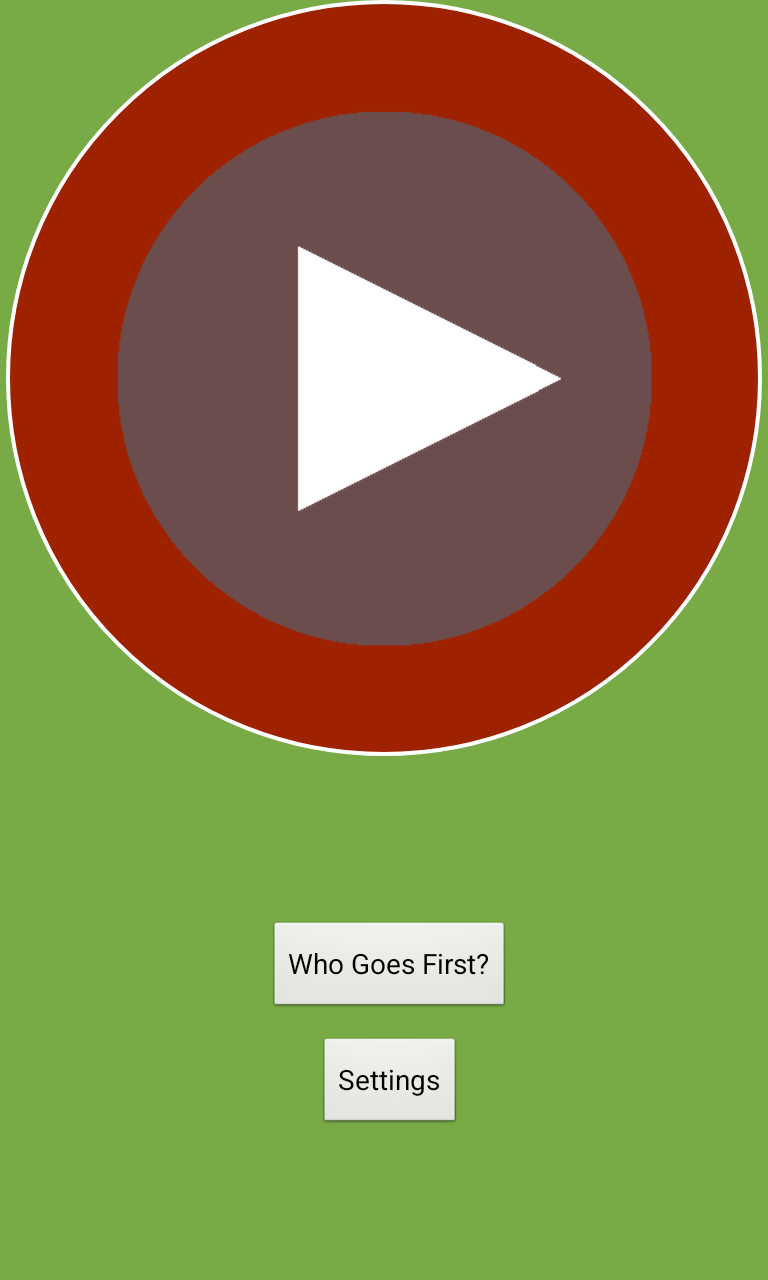
Repository: DarwinLYang/WhoGoesFirstApp
Layout: Who First/WhoFirst/res/layout/fragment_main.xml
These files come from the project's save history. The layout is drawn as it stood at one moment and after the next save; the edit follows.
It is drawn on a 768 x 1280 px phone screen (xhdpi) without system bars, with theme android:Theme.NoTitleBar.Fullscreen; the app's code is not run.

Above is the layout before, as saved 2014-04-09 21:31:53.

After the next save:
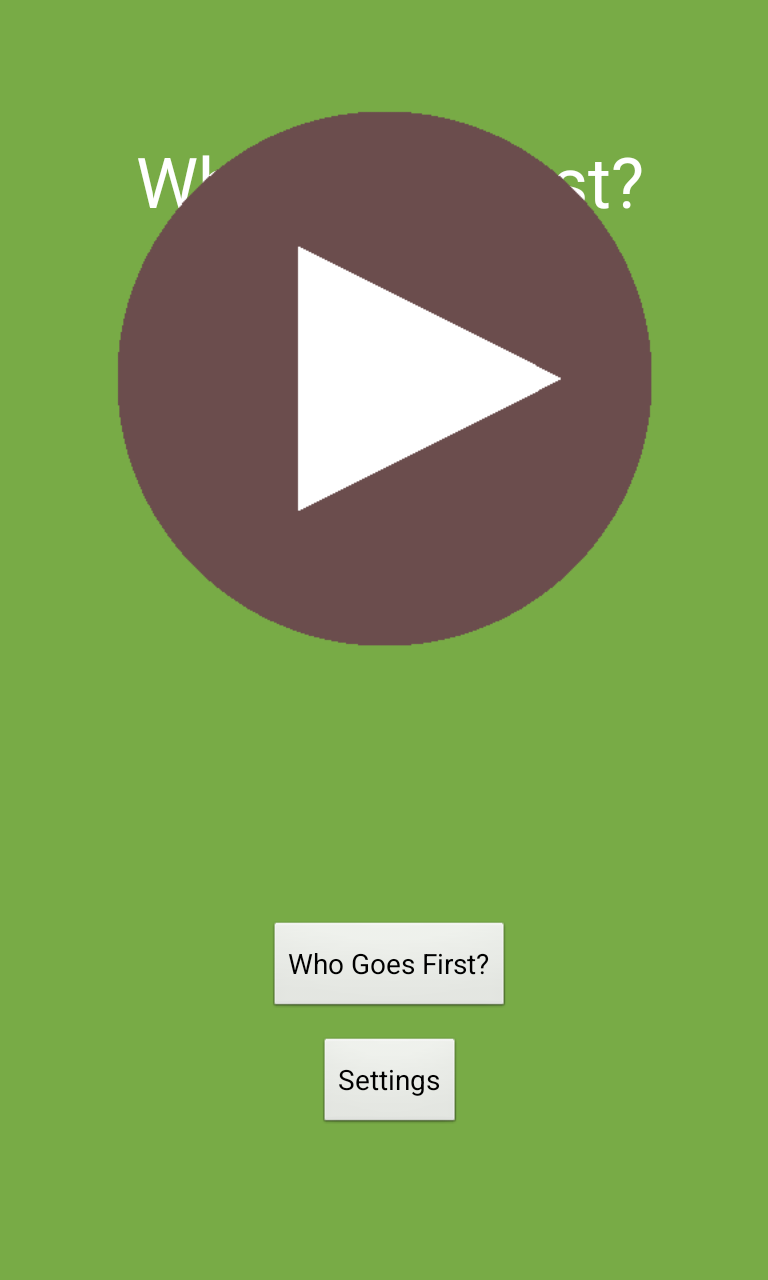
Saved 55 s later.
--- a/Who First/WhoFirst/res/layout/fragment_main.xml
+++ b/Who First/WhoFirst/res/layout/fragment_main.xml
@@ -42,7 +42,7 @@
         android:layout_width="wrap_content"
         android:layout_height="wrap_content"
         android:layout_alignParentLeft="true"
-        android:background="@drawable/round_button"
+        android:background="@null"
         android:gravity="center_vertical|center_horizontal"
         android:src="@drawable/start_button" />
 
